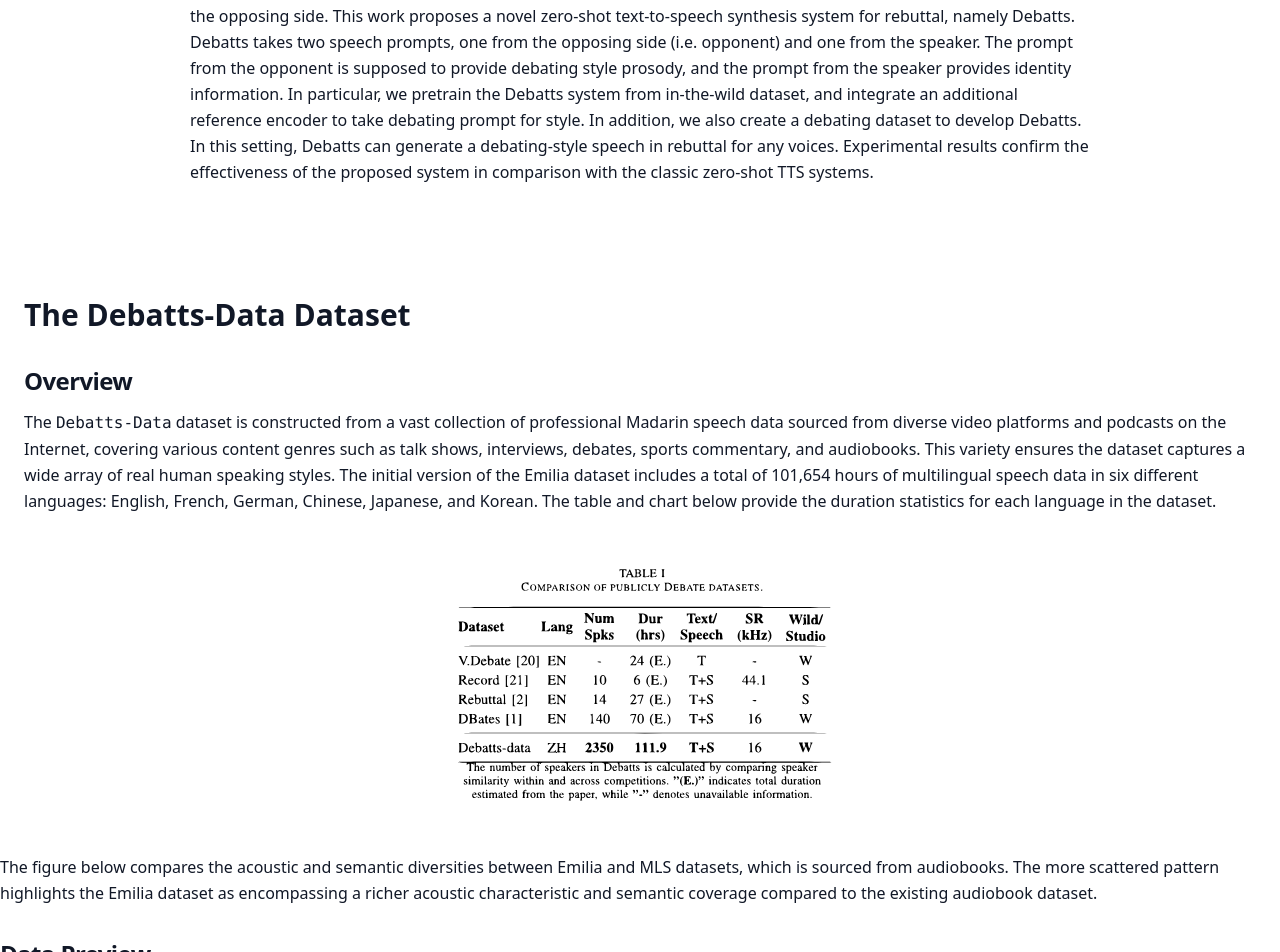
Repository: amphionspace/debatts
Page: index.html
The author's editor kept a copy of each file at every save. The page is drawn from the files as they stood at one save, then again after the next save.
The browser window is 1280 px wide. The pictures show the part of the page from y = 1101 to 2053 px (the page is 5872 px tall).
A picture or video elsewhere on the page could not be fetched, so the positions and the page height are approximate.

Above is the page before, as saved 2024-10-02 02:42:22.

After the next save:
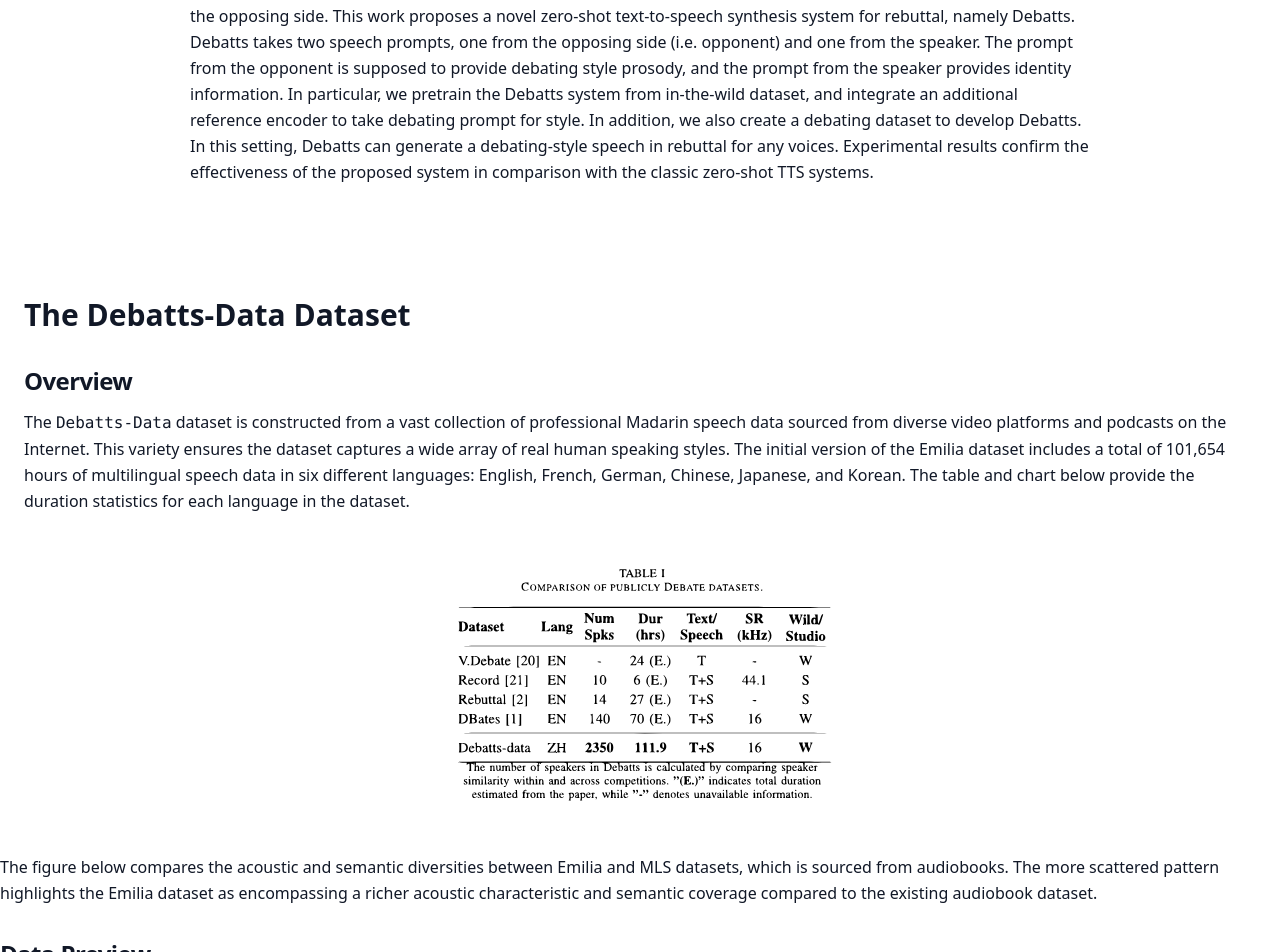
Saved 20 s later.
--- a/index.html
+++ b/index.html
@@ -206,8 +206,7 @@
         <h5 id="dataset-overview">Overview</h5>
         <p class="text-p">
           The <code>Debatts-Data</code> dataset is constructed from a vast collection of professional Madarin speech data sourced from diverse
-          video platforms and podcasts on the Internet, covering various content genres such as talk shows, interviews,
-          debates, sports commentary, and audiobooks. This variety ensures the dataset captures a wide array of real
+          video platforms and podcasts on the Internet. This variety ensures the dataset captures a wide array of real
           human speaking styles. The initial version of the Emilia dataset includes a total of 101,654 hours of
           multilingual speech data in six different languages: English, French, German, Chinese, Japanese, and Korean.
           The table and chart below provide the duration statistics for each language in the dataset.
